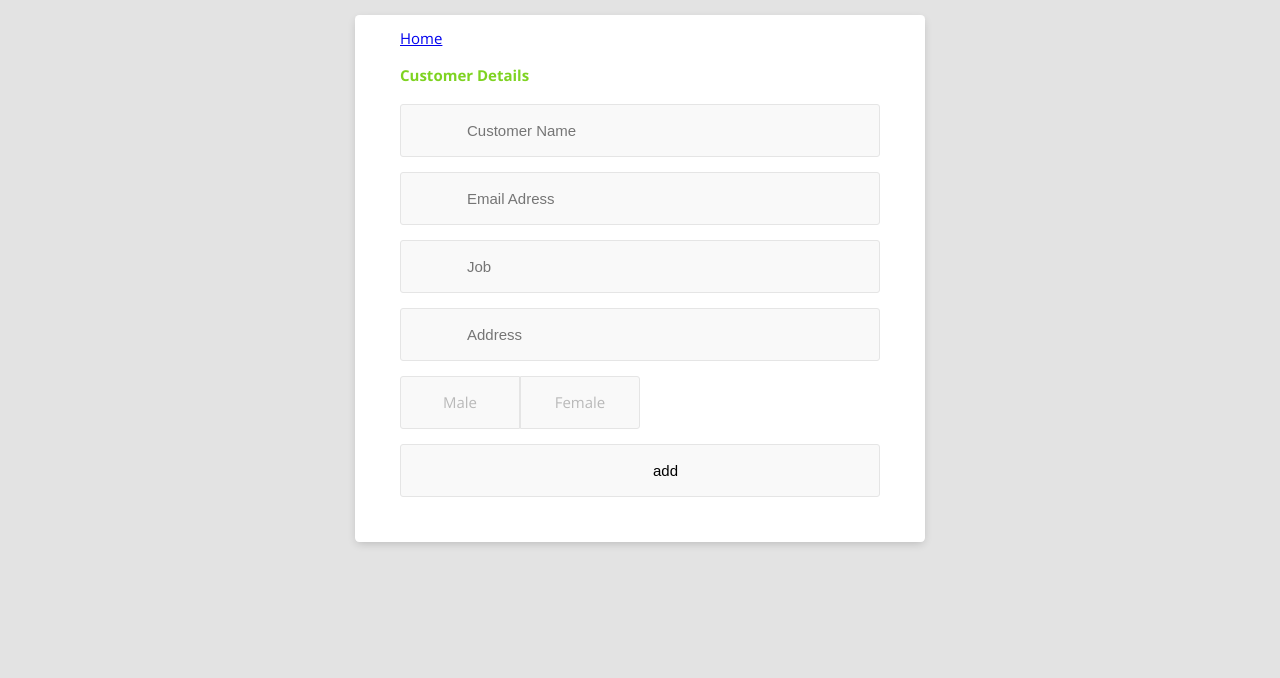
Repository: karthik-H/vms
Page: http://localhost/vms/customer-add.jsp
The author's editor kept a copy of each file at every save. The page is drawn from the files as they stood at one save, then again after the next save.
The browser window is 1280 px wide. The pictures show the whole page.
The page is served by Tomcat 9. Other server files are loaded and not shown.

Above is the page before, as saved 2019-01-26 18:43:08.

### Vehicle/vms/src/main/webapp/customer-add.jsp
<%@ page language="java" contentType="text/html; charset=ISO-8859-1"
    pageEncoding="ISO-8859-1"%>
<!DOCTYPE html PUBLIC "-//W3C//DTD HTML 4.01 Transitional//EN" "http://www.w3.org/TR/html4/loose.dtd">
<jsp:useBean id="mybean1" class="com.vms.Customer_Add" scope="request" />
<html >
<head>
  <meta charset="UTF-8">
  <title>Customer</title>
  <link rel="stylesheet" href="css/normalize.min.css">
  <link rel='stylesheet prefetch' href='css/font-awesome.min.css'>
  <link rel="stylesheet" href="css/styles.css">
  <!--web-fonts-->
 <link href='//fonts.googleapis.com/css?family=Open+Sans:400,300,400italic,300italic,600,700' rel='stylesheet' type='text/css'>
 <link href='//fonts.googleapis.com/css?family=Roboto+Slab:300,400,700' rel='stylesheet' type='text/css'>
<!--//web-fonts-->
</head>

<body>
<div class="container">
<a href="home.jsp">Home</a>
  <form method="post" action="Customer_Add">
    <div class="row">
      <h4>Customer Details</h4>
      <div class="input-group input-group-icon">
        <input type="text" placeholder="Customer Name" name="customerName"/>
      </div>
      <div class="input-group input-group-icon">
        <input type="email" placeholder="Email Adress" name="customerEmail"/>
      </div>
      <div class="input-group input-group-icon">
        <input type="text" placeholder="Job" name="customerJob"/>
      </div>
      <div class="input-group input-group-icon">
        <input type="text" placeholder="Address" name="customerAddress"/>
      </div>
      <div class="col-half">
        <div class="input-group">
          <input type="radio" name="gender" value="male" id="gender-male" name="gender"/>
          <label for="gender-male">Male</label>
          <input type="radio" name="gender" value="female" id="gender-female" name="gender"/>
          <label for="gender-female">Female</label>
        </div>
      </div>
      </div>
       <div class="input-group input-group-icon">
       <input type="submit" value="add" />
      </div>
    </div>
	 </div>
    </div>
  </form>
</div>
  <script src='js/jquery.js'></script>
    <script  src="js/index.js"></script>
</body>
</html>

### Vehicle/vms/src/main/webapp/css/styles.css
*,
*:before,
*:after {
  box-sizing: border-box;
}
body {
  padding: 1em;
  font-family: 'Open Sans', 'Helvetica Neue', Helvetica, Arial, sans-serif;
  font-size: 15px;
  color: #b9b9b9;
  background-color: #e3e3e3;
}
h4 {
  color: #7ed321;
}
input,
input[type="radio"] + label,
input[type="checkbox"] + label:before,
select option,
select {
  width: 100%;
  padding: 1em;
  line-height: 1.4;
  background-color: #f9f9f9;
  border: 1px solid #e5e5e5;
  border-radius: 3px;
  -webkit-transition: 0.35s ease-in-out;
  -moz-transition: 0.35s ease-in-out;
  -o-transition: 0.35s ease-in-out;
  transition: 0.35s ease-in-out;
  transition: all 0.35s ease-in-out;
}
input:focus {
  outline: 0;
  border-color: #64ac15;
}
input:focus + .input-icon i {
  color: #7ed321;
}
input:focus + .input-icon:after {
  border-right-color: #7ed321;
}
input[type="radio"] {
  display: none;
}
input[type="radio"] + label,
select {
  display: inline-block;
  width: 50%;
  text-align: center;
  float: left;
  border-radius: 0;
}
input[type="radio"] + label:first-of-type {
  border-top-left-radius: 3px;
  border-bottom-left-radius: 3px;
}
input[type="radio"] + label:last-of-type {
  border-top-right-radius: 3px;
  border-bottom-right-radius: 3px;
}
input[type="radio"] + label i {
  padding-right: 0.4em;
}
input[type="radio"]:checked + label,
input:checked + label:before,
select:focus,
select:active {
  background-color: #7ed321;
  color: #fff;
  border-color: #64ac15;
}
input[type="checkbox"] {
  display: none;
}
input[type="checkbox"] + label {
  position: relative;
  display: block;
  padding-left: 1.6em;
}
input[type="checkbox"] + label:before {
  position: absolute;
  top: 0.2em;
  left: 0;
  display: block;
  width: 1em;
  height: 1em;
  padding: 0;
  content: "";
}
input[type="checkbox"] + label:after {
  position: absolute;
  top: 0.45em;
  left: 0.2em;
  font-size: 0.8em;
  color: #fff;
  opacity: 0;
  font-family: FontAwesome;
  content: "\f00c";
}
input:checked + label:after {
  opacity: 1;
}
select {
  height: 3.4em;
  line-height: 2;
}
select:first-of-type {
  border-top-left-radius: 3px;
  border-bottom-left-radius: 3px;
}
select:last-of-type {
  border-top-right-radius: 3px;
  border-bottom-right-radius: 3px;
}
select:focus,
select:active {
  outline: 0;
}
select option {
  background-color: #7ed321;
  color: #fff;
}
.input-group {
  margin-bottom: 1em;
  zoom: 1;
}
.input-group:before,
.input-group:after {
  content: "";
  display: table;
}
.input-group:after {
  clear: both;
}
.input-group-icon {
  position: relative;
}
.input-group-icon input {
  padding-left: 4.4em;
}
.input-group-icon .input-icon {
  position: absolute;
  top: 0;
  left: 0;
  width: 3.4em;
  height: 3.4em;
  line-height: 3.4em;
  text-align: center;
  pointer-events: none;
}
.input-group-icon .input-icon:after {
  position: absolute;
  top: 0.6em;
  bottom: 0.6em;
  left: 3.4em;
  display: block;
  border-right: 1px solid #e5e5e5;
  content: "";
  -webkit-transition: 0.35s ease-in-out;
  -moz-transition: 0.35s ease-in-out;
  -o-transition: 0.35s ease-in-out;
  transition: 0.35s ease-in-out;
  transition: all 0.35s ease-in-out;
}
.input-group-icon .input-icon i {
  -webkit-transition: 0.35s ease-in-out;
  -moz-transition: 0.35s ease-in-out;
  -o-transition: 0.35s ease-in-out;
  transition: 0.35s ease-in-out;
  transition: all 0.35s ease-in-out;
}
.container {
  max-width: 38em;
  padding: 1em 3em 2em 3em;
  margin: 0em auto;
  background-color: #fff;
  border-radius: 4.2px;
  box-shadow: 0px 3px 10px -2px rgba(0, 0, 0, 0.2);
}
.row {
  zoom: 1;
}
.row:before,
.row:after {
  content: "";
  display: table;
}
.row:after {
  clear: both;
}
.col-half {
  padding-right: 10px;
  float: left;
  width: 50%;
}
.col-half:last-of-type {
  padding-right: 0;
}
.col-third {
  padding-right: 10px;
  float: left;
  width: 33.33333333%;
}
.col-third:last-of-type {
  padding-right: 0;
}
@media only screen and (max-width: 540px) {
  .col-half {
    width: 100%;
    padding-right: 0;
  }
}

Loaded but not shown: Vehicle/vms/src/main/webapp/css/normalize.min.css (common file); Vehicle/vms/src/main/webapp/css/font-awesome.min.css (library); Vehicle/vms/src/main/webapp/js/jquery.js (library)

After the next save:
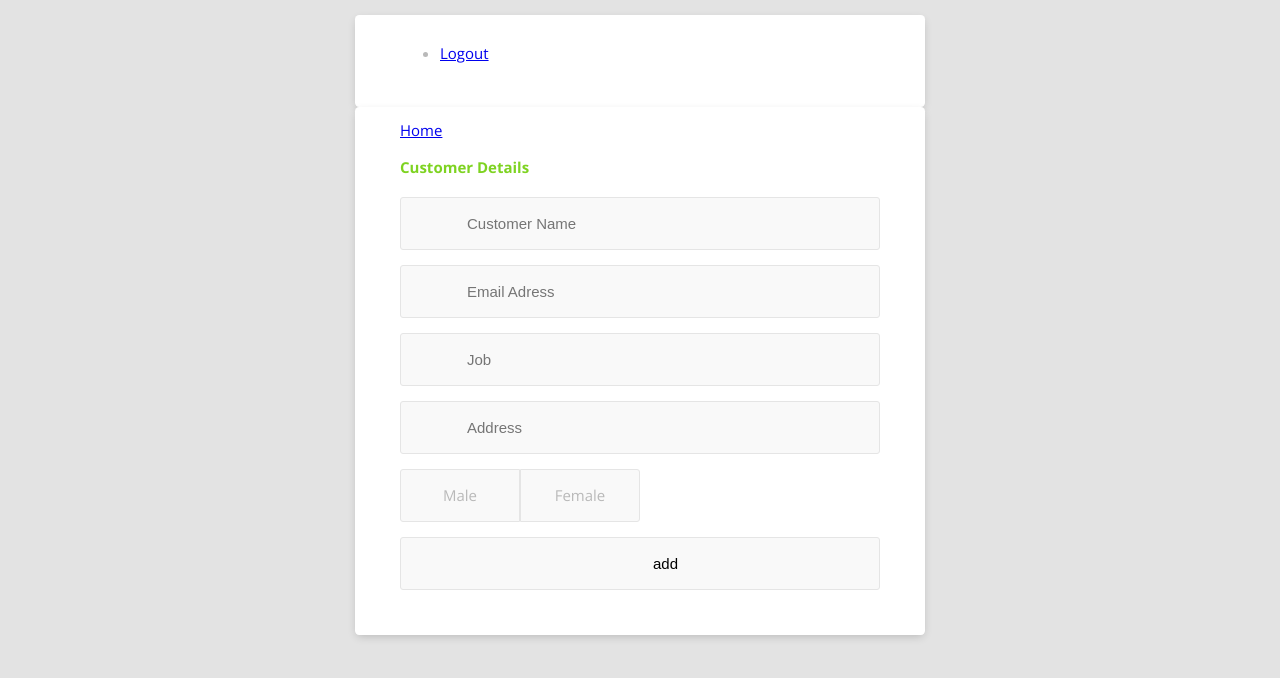
Saved 65 s later.
--- a/Vehicle/vms/src/main/webapp/customer-add.jsp
+++ b/Vehicle/vms/src/main/webapp/customer-add.jsp
@@ -16,6 +16,18 @@
 </head>
 
 <body>
+<div class="top_bg" id="home">
+	<div class="container">
+		<div class="header_top">
+			<div class="top_right">
+				<ul>
+					<li><a href="logout.jsp">Logout</a></li>
+				</ul>
+			</div>
+			<div class="clearfix"> </div>
+		</div>
+	</div>
+</div>
 <div class="container">
 <a href="home.jsp">Home</a>
   <form method="post" action="Customer_Add">
